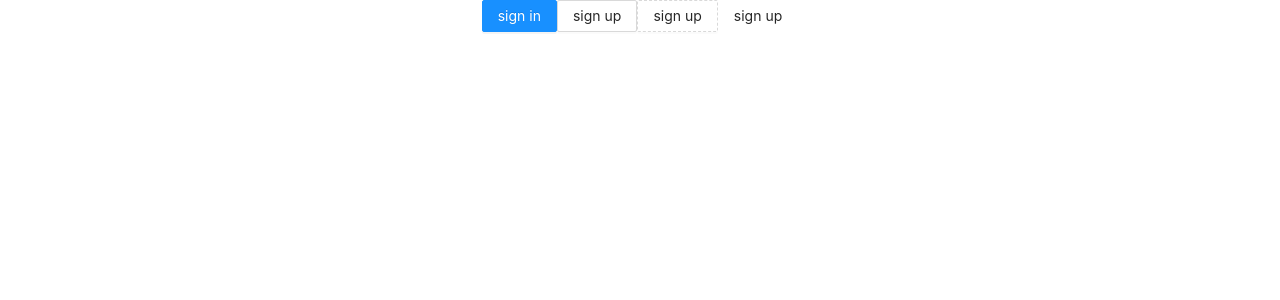
Repository: ErosHai/antd-demo
Page: /
An editor plug-in stored every save of this project. The page is shown before and after a run of saves, followed by the edit.
The browser window is 1280 px wide. The pictures show the whole page.
The project was rebuilt for these pictures with package versions that can differ from the ones it lists, and the page was loaded fresh each time.

Above is the page before, as saved 2022-04-12 13:51:46.

After the next 2 saves:
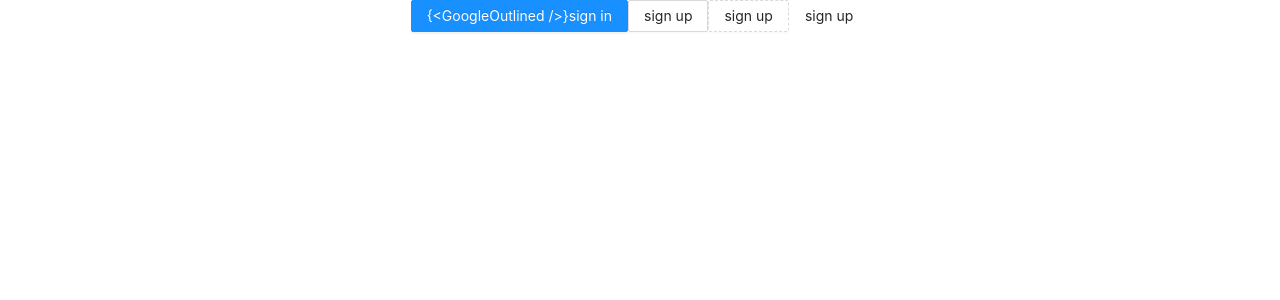
The 2 saves are shown as one change because they came seconds apart.
The last was saved 41 s later.
--- a/src/App.js
+++ b/src/App.js
@@ -5,7 +5,7 @@ import { SearchOutlined } from '@ant-design/icons'
 function App() {
 	return (
 		<div className="App">
-			<Button type="primary" icon="">
+			<Button type="primary" icon="{<GoogleOutlined />}">
 				sign in
 			</Button>
 			<Button type="default">sign up</Button>
